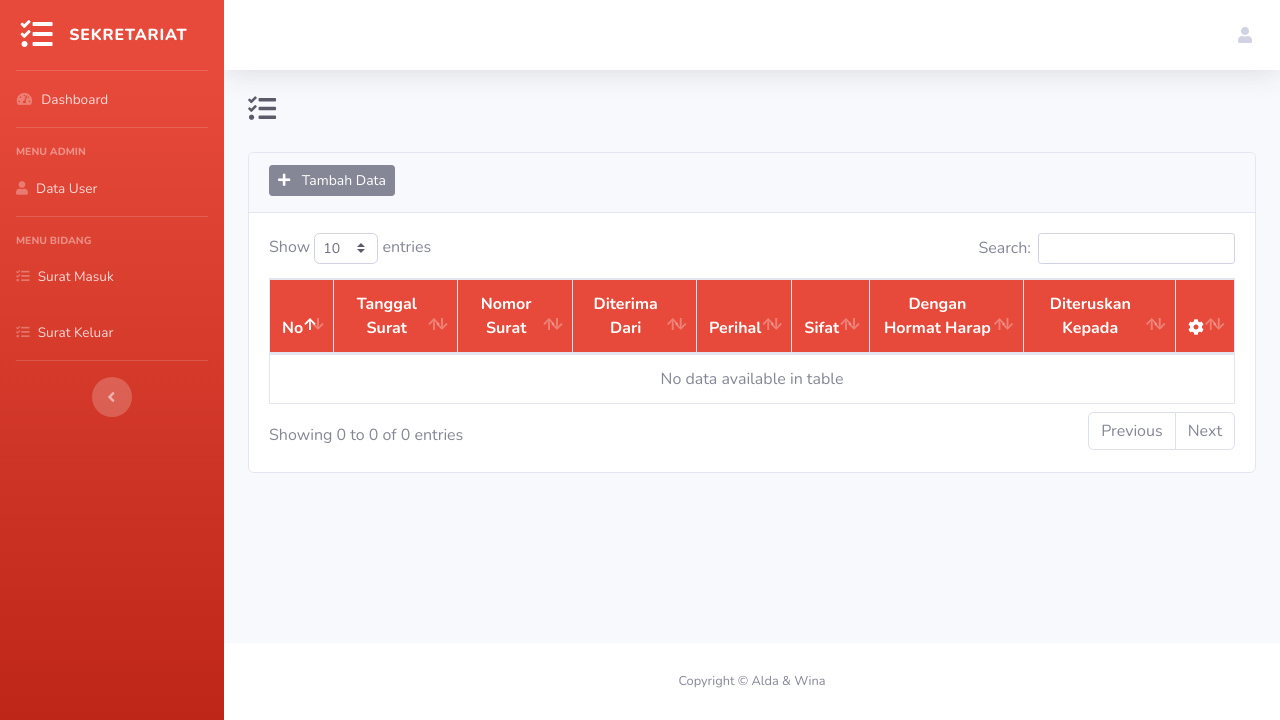
Repository: aldasamrotulfuadah/projek-PKL
Page: resources/views/suratm/suratmasuk.blade.php
These files come from the project's save history. The page is drawn as it stood at one moment and after the next save; the edit follows.
The browser window is 1280 px wide. The pictures show the whole page.
The page is served by the project's Laravel application, run on PHP 8.4 with Laravel 12. A made-up administrator, Test User (test@example.com), is signed in. The template is opened directly, without the code that normally fills it, so the values that code supplies are empty.

Above is the page before, as saved 2026-04-01 08:25:10.

After the next save:
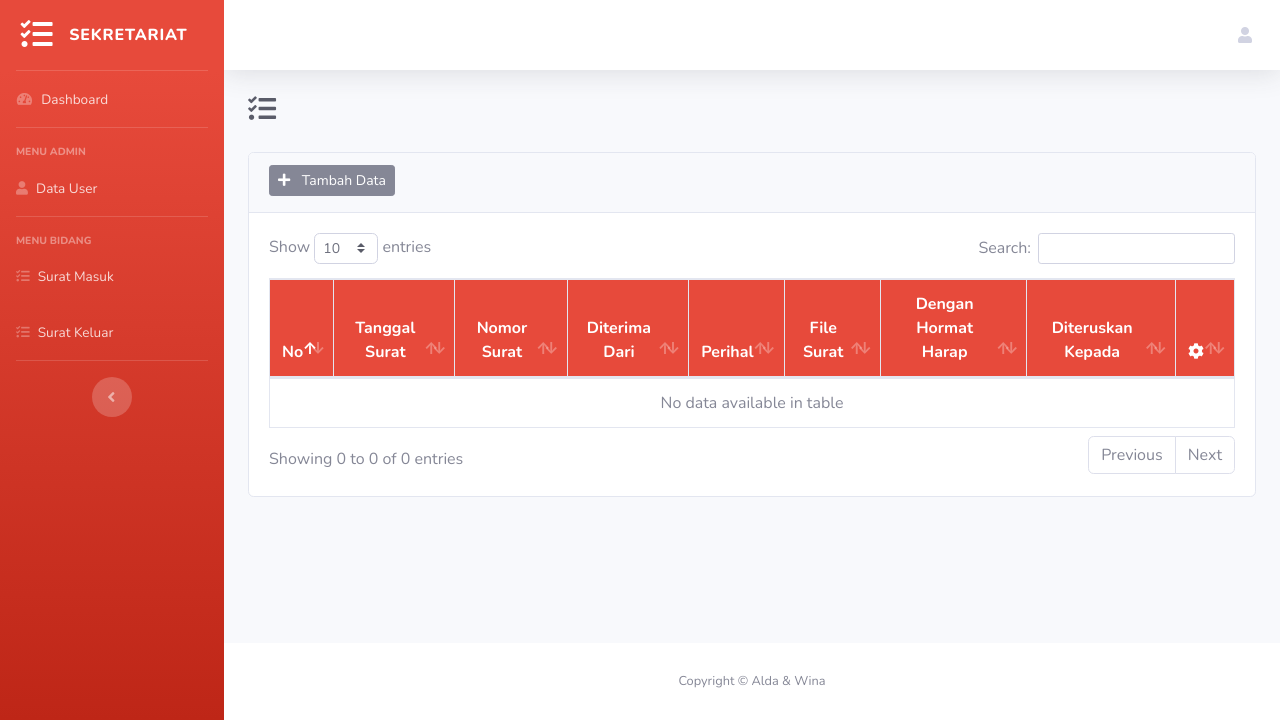
Saved 10 min 8 s later.
--- a/resources/views/suratm/suratmasuk.blade.php
+++ b/resources/views/suratm/suratmasuk.blade.php
@@ -27,7 +27,7 @@
                                                 <th>Nomor Surat</th>
                                                 <th>Diterima Dari</th>
                                                 <th>Perihal</th>
-                                                <th>Sifat</th>
+                                                <th>File Surat</th>
                                                 <th>Dengan Hormat Harap</th>
                                                 <th>Diteruskan Kepada</th>
                                                 <th>
